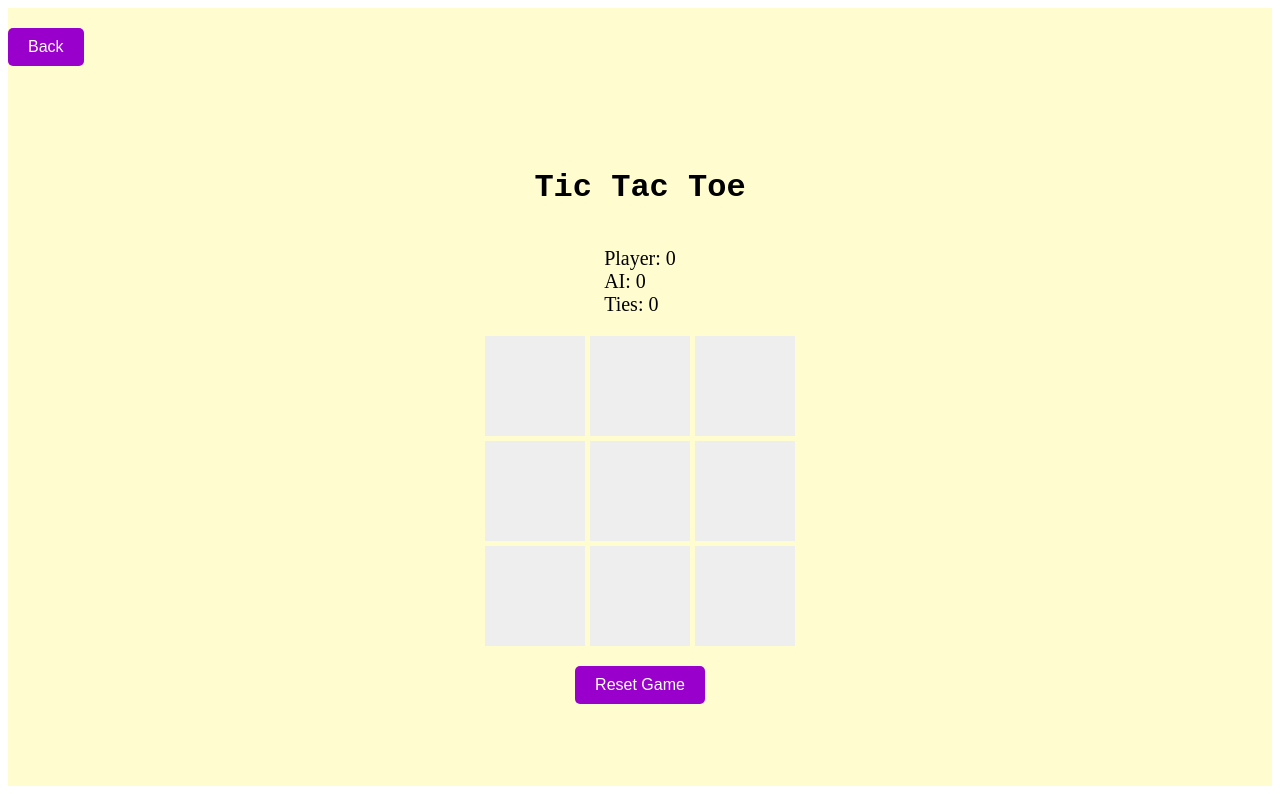
Repository: sidv121415/tic-tac-toe
Page: game.html
An editor plug-in stored every save of this project. The page is shown before and after the next save, followed by the edit.
The browser window is 1280 px wide. The pictures show the whole page.

Above is the page before, as saved 2024-10-21 22:28:42.

### game.html
<!DOCTYPE html>
<html lang="en">
<head>
    <meta charset="UTF-8">
    <meta name="viewport" content="width=device-width, initial-scale=1.0">
    <title>Tic Tac Toe Game</title>
    <style>
        .main-div {
            display: flex;
            flex-direction: column;
            align-items: center;
            justify-content: center;
            height: 100vh;
            background-color: #FFFDD0;
        }
        h1{
            font-family: Courier New;
            font-weight: bold;
            color:black;
        }
        .board {
            display: grid;
            grid-template-columns: repeat(3, 100px);
            gap: 5px;
        }
        .cell {
            width: 100px;
            height: 100px;
            background-color: #eee;
            font-size: 24px;
            display: flex;
            align-items: center;
            justify-content: center;
            cursor: pointer;
        }
        .score-board {
            margin: 20px;
        }
        .score {
            font-size: 20px;
        }
        .reset-button {
            margin-top: 20px;
            padding: 10px 20px;
            font-size: 16px;
            background-color: #9900CC;
            color: white;
            border: none;
            border-radius: 5px;
            cursor: pointer;
        }
        .reset-button:hover {
            background-color: #8800BB;
        }
        .mj{
            text-align:left;
            background-color: #FFFDD0;
        }
    </style>
</head>
<body>
    <div class="mj">
        <div>
            <button class="reset-button" onclick="goBack()">Back</button>
        </div>
    </div>
    <div class="main-div">
        <h1 class="">Tic Tac Toe</h1>
        <div class="score-board">
            <div class="score">Player: <span id="player-score">0</span></div>
            <div class="score">AI: <span id="ai-score">0</span></div>
            <div class="score">Ties: <span id="tie-score">0</span></div>
        </div>
        <div class="board" id="board">
            <div class="cell" onclick="makeMove(0)"></div>
            <div class="cell" onclick="makeMove(1)"></div>
            <div class="cell" onclick="makeMove(2)"></div>
            <div class="cell" onclick="makeMove(3)"></div>
            <div class="cell" onclick="makeMove(4)"></div>
            <div class="cell" onclick="makeMove(5)"></div>
            <div class="cell" onclick="makeMove(6)"></div>
            <div class="cell" onclick="makeMove(7)"></div>
            <div class="cell" onclick="makeMove(8)"></div>
        </div>
        <button class="reset-button" onclick="resetGame()">Reset Game</button>
    </div>
    <script src="game.js"></script>
</body>
</html>

### game.js
let playerScore = 0;
let aiScore = 0;
let tieScore = 0;
const cells = document.querySelectorAll('.cell');

function makeMove(index) {
    if (cells[index].textContent === '') {
        cells[index].textContent = 'X'; // Player's move
        if (checkWin('X')) {
            alert('Player wins!');
            playerScore++;
            updateScores();
            return;
        }
        if (checkTie()) {
            alert('It\'s a tie!');
            tieScore++;
            updateScores();
            return;
        }
        aiMove(); // AI makes a move
    }
}

function aiMove() {
    let availableCells = Array.from(cells).filter(cell => cell.textContent === '');
    if (availableCells.length > 0) {
        const randomCell = availableCells[Math.floor(Math.random() * availableCells.length)];
        randomCell.textContent = 'O'; // AI's move
        if (checkWin('O')) {
            alert('AI wins!');
            aiScore++;
            updateScores();
        } else if (checkTie()) {
            alert('It\'s a tie!');
            tieScore++;
            updateScores();
        }
    }
}

function checkWin(player) {
    const winningCombinations = [
        [0, 1, 2],
        [3, 4, 5],
        [6, 7, 8],
        [0, 3, 6],
        [1, 4, 7],
        [2, 5, 8],
        [0, 4, 8],
        [2, 4, 6]
    ];
    return winningCombinations.some(combination =>
        combination.every(index => cells[index].textContent === player)
    );
}

function checkTie() {
    return Array.from(cells).every(cell => cell.textContent !== '');
}

function updateScores() {
    document.getElementById('player-score').textContent = playerScore;
    document.getElementById('ai-score').textContent = aiScore;
    document.getElementById('tie-score').textContent = tieScore;
}

function resetGame() {
    cells.forEach(cell => cell.textContent = '');
}
function goBack() {
    window.location.href = "mode-selection.html"; // Replace with the actual name of your mode selection HTML file
}

After the next save:
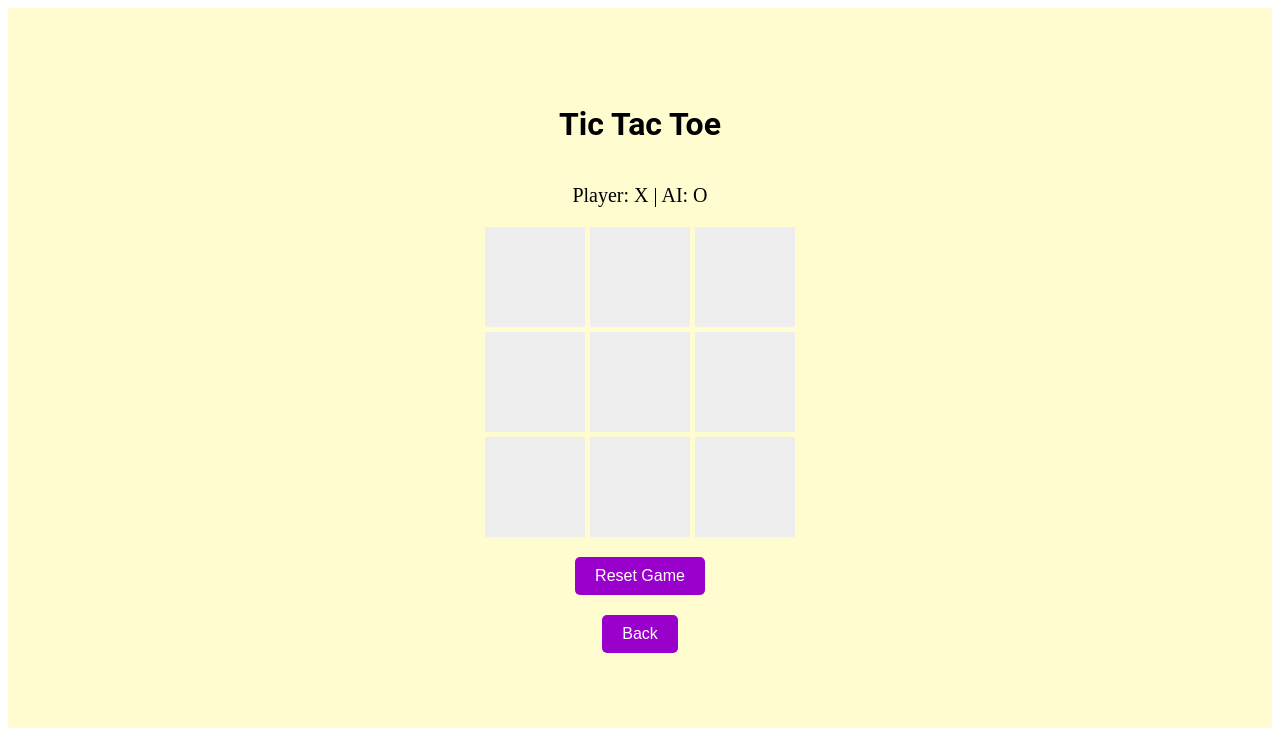
Saved 116 min 59 s later.
--- a/game.html
+++ b/game.html
@@ -13,10 +13,10 @@
             height: 100vh;
             background-color: #FFFDD0;
         }
-        h1{
-            font-family: Courier New;
+        h1 {
+            font-family: Roboto;
             font-weight: bold;
-            color:black;
+            color: black;
         }
         .board {
             display: grid;
@@ -52,24 +52,17 @@
         .reset-button:hover {
             background-color: #8800BB;
         }
-        .mj{
-            text-align:left;
+        .mj {
+            text-align: left;
             background-color: #FFFDD0;
         }
     </style>
 </head>
 <body>
-    <div class="mj">
-        <div>
-            <button class="reset-button" onclick="goBack()">Back</button>
-        </div>
-    </div>
     <div class="main-div">
-        <h1 class="">Tic Tac Toe</h1>
+        <h1>Tic Tac Toe</h1>
         <div class="score-board">
-            <div class="score">Player: <span id="player-score">0</span></div>
-            <div class="score">AI: <span id="ai-score">0</span></div>
-            <div class="score">Ties: <span id="tie-score">0</span></div>
+            <div class="score">Player: X | AI: O</div>
         </div>
         <div class="board" id="board">
             <div class="cell" onclick="makeMove(0)"></div>
@@ -83,7 +76,9 @@
             <div class="cell" onclick="makeMove(8)"></div>
         </div>
         <button class="reset-button" onclick="resetGame()">Reset Game</button>
+        <button class="reset-button" onclick="goBack()">Back</button>
     </div>
+
     <script src="game.js"></script>
 </body>
 </html>
